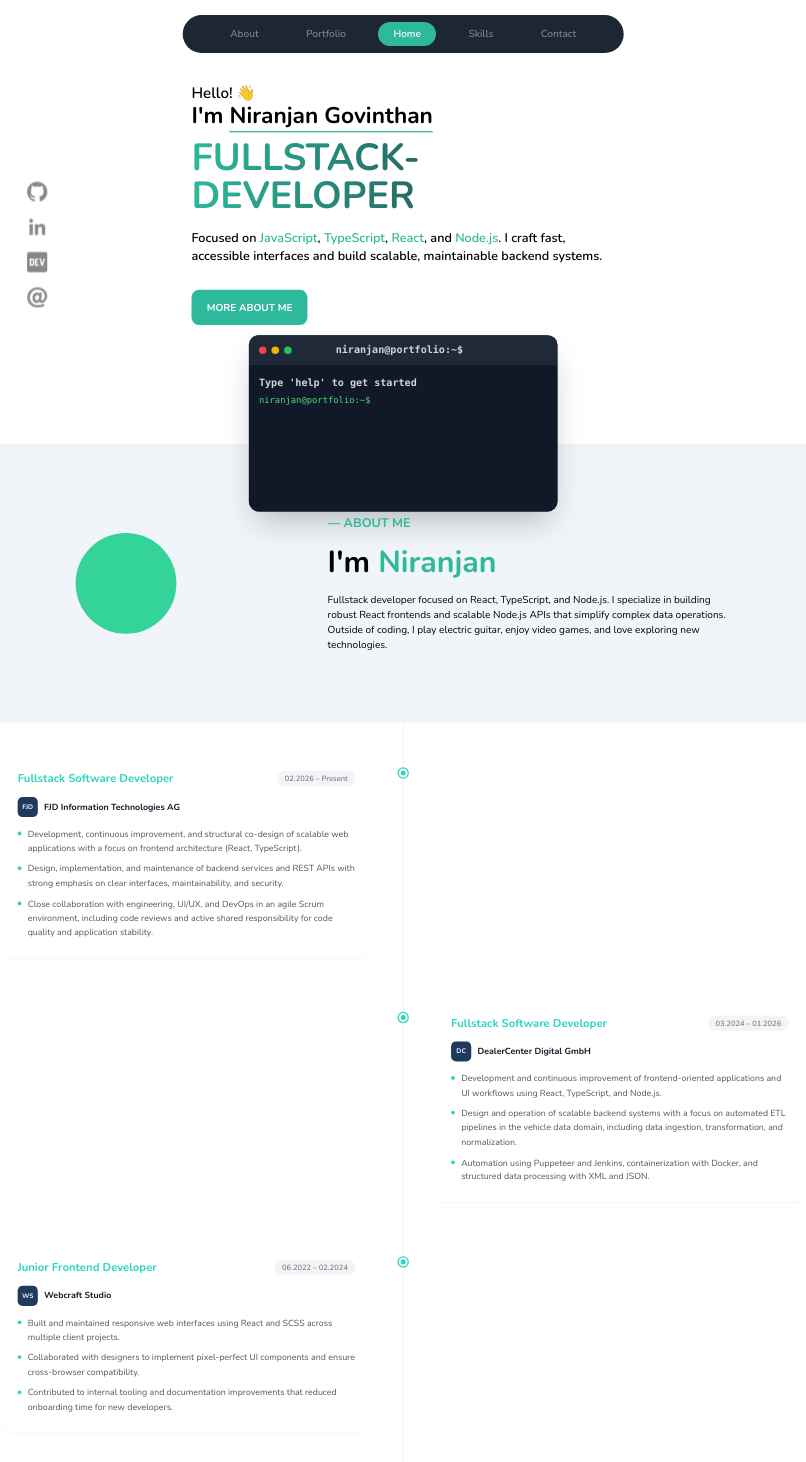
Repository: Niranjan-webdev/My-portfolio
Page: /
The author's editor kept a copy of each file at every save. The page is drawn from the files as they stood at one save, then again after a run of saves.
The browser window is 1280 px wide. The pictures show the whole page, at 63% of full size.
The project was rebuilt for these pictures with package versions that can differ from the ones it lists, and the page was loaded fresh each time. Also part of the build but not shown: next.config.mjs.

Above is the page before, as saved 2026-03-21 10:53:08.

### src/index.css

body {

  margin: 0;
  font-family: "Nunito", sans-serif;
  -webkit-font-smoothing: antialiased;
  -moz-osx-font-smoothing: grayscale;
}

code {
  font-family: source-code-pro, Menlo, Monaco, Consolas, 'Courier New',
    monospace;
}

### src/App.js
import logo from './logo.svg';
import './App.css';
import { RiHeartFill } from '@remixicon/react'
import { Topnavbar, MainContainer } from './components';
// import Topnavbar from './components/Topnavbar';

function App() {
  return (
   <>
    <Topnavbar/>
    <MainContainer/>
   </>
  );
}

export default App;

### src/App.css
@import url('https://fonts.googleapis.com/css2?family=Fira+Code:wght@300..700&family=Nunito:ital,wght@0,200..1000;1,200..1000&display=swap');

@tailwind base;
@tailwind components;
@tailwind utilities;


.topbar__wrapper{
    @apply w-full flex justify-center
}
.topbar__content{
    @apply  py-2 bg-[#1d2734] mt-6 px-6 py-[18px] rounded-[30px] w-[700px]
}
.topbar__content ul {
   @apply flex justify-evenly
}
.topbar__content ul li{

}
.topbar__content ul li a{
    @apply  font-semibold py-2 px-6 rounded-full
}
/* .topbar__content ul li a:hover{
    @apply  text-lg
} */
.socialmedia__bar a img{
    @apply opacity-50
}
/* .burgerMenu span{
    @apply
} */

### src/components/index.js
export {default as Topnavbar} from "./Topnavbar"
export {default as MainContainer} from "./MainContainer"
export {default as Terminal} from "./terminal"
export {default as Timeline} from "./timeLine"
export {default as TimelineCard} from "./TimelineCard"

export {default as github} from "../assets/github-logo-dark.png"
export {default as linkedIn} from "../assets/linkedin-logo-dark.png"
export {default as DevTo} from "../assets/devto-logo-light.png"
export {default as mail} from "../assets/mail-logo-dark.5ab6061889d3fa3a24ef.png"

### src/components/Topnavbar.js
import { useState } from 'react'
import React from 'react'
import logo from '../assets/logo.svg'

function Topnavbar() {
    const [activeTab, setActiveTab] = useState('Home')
    const [isMenuOpen, setIsMenuOpen] = useState(false)

    const navItems = ['About', 'Portfolio', 'Home', 'Skills', 'Contact']

    const handleTabClick = (tabName) => {
        setActiveTab(tabName)
        console.log('Active tab changed to:', tabName)
    }
    const handleModal = () => {
        setIsMenuOpen(!isMenuOpen)
    }
    return (
        <>
            <div className='topbar__wrapper'>
                <nav className='topbar__content'>
                    <ul className=''>
                        {navItems.map((item) => (
                            <li key={item}>
                                <a
                                    onClick={() => handleTabClick(item)}
                                    className={`cursor-pointer transition-colors duration-200 ${activeTab === item
                                            ? 'bg-[#2eb89c] text-white font-semibold px-4 py-2 rounded'
                                            : 'text-[#808080] hover:text-[#2eb89c] px-4 py-2'
                                        }`}
                                >
                                    {item}
                                </a>
                            </li>
                        ))}
                    </ul>
                </nav>
            </div>
           {/* <div className='responsive__topbar fixed bg-white z-50'>
                <button className='burgerMenu fixed right-10 top-10 flex flex-col gap-[3px]'
                onClick={handleModal}>
                    <span className={`px-[12px] py-[2px] bg-black w-full rounded transition-transform duration-300
                      ${  isMenuOpen? 'rotate-45 translate-y-1.5' : ''
                    }`}
                   ></span>
                    <span className={`px-[12px] py-[2px] bg-black w-full rounded
                         ${  isMenuOpen? 'opacity-0' : ''
                }`}></span>
                    <span className={`px-[12px] py-[2px] bg-black w-full rounded transition-transform duration-300
                      ${  isMenuOpen? '-rotate-45 -translate-y-1.5' : ''
                    }`}></span>
                </button>
                <ul className={`responsive__content h-screen w-screen flex flex-col items-center justify-evenly
                ${isMenuOpen ? 'h-screen opacity-100' : 'max-h-0 opacity-0'}`}>
                {navItems.map((item) => (
                            <li key={item}>
                                <a
                                    onClick={() => handleTabClick(item)}
                                    className={"text-2xl font-bold"}>
                                    {item}
                                </a>
                            </li>
                        ))}
                </ul>
            </div>  */}
        </>
    )
}

export default Topnavbar

### src/components/MainContainer.js
import React from 'react'
import hero from '../assets/hero.png'
import logoOutline from '../assets/logo-outline.svg'
import dotcircles from '../assets/dotcircles.svg'
import { Terminal, github, linkedIn, mail, DevTo } from "./index"
import TimeLine from './timeLine'
// import OwlCarousel from 'react-owl-carousel';
// import 'owl.carousel/dist/assets/owl.carousel.css';
// import 'owl.carousel/dist/assets/owl.theme.default.css';

function MainContainer() {
    return (
        <>
            {/* Hero Banner start */}
            <section className='w-full'>
                {/* Social media bar */}
                <div className='socialmedia__bar ml-[2.7rem] fixed top-[40%] flex md:flex-col flex-col gap-6 w-[32px]'>
                    <a><img src={github} /></a>
                    <a><img src={linkedIn} /></a>
                    <a><img src={DevTo} /></a>
                    <a><img src={mail} /></a>
                </div>
                {/* Social media bar */}
                <div className='hero__banner h-[calc(100vh-100px)] flex items-center justify-around px-[5rem] py-[3rem] md:flex flex-wrap gap-4'>
                    <div className='banner__content w-3/5'>
                        <h4 className='text-2xl font-semibold'>Hello! 👋</h4>
                        <h2 className='text-4xl mb-4 font-bold'>I'm <span className='border-b-2 border-[#2eb89c]'>Niranjan Govinthan</span></h2>
                        <h1 className='text-6xl mb-6 font-bold bg-gradient-to-r from-[#2eb89c] to-[#1d2734] text-transparent bg-clip-text'>FULLSTACK-DEVELOPER</h1>
                        <p className='text-xl mb-10 font-semibold'>Focused on <span className='text-[#2eb89c]'>JavaScript</span>, <span className='text-[#2eb89c]'>TypeScript</span>, <span className='text-[#2eb89c]'>React</span>, and <span className='text-[#2eb89c]'>Node.js</span>. I craft fast, accessible interfaces and build scalable, maintainable backend systems.</p>
                        <button className='py-4 px-6 bg-[#2eb89c] hover:bg-[#79cdb9] rounded-[12px] text-white text-base font-bold'>MORE ABOUT ME</button>
                    </div>
                    <Terminal />
                </div>
            </section>
            {/* Hero Banner end */}

            {/* About me */}
            <section className=' about__me flex bg-[#f1f5f9]'>
                <div className='about__container w-full py-[7rem] flex items-center justify-around'>
                    <div className='profile'>
                        <div className='p-20 rounded-full bg-emerald-400'></div>
                    </div>
                    <div className='about__content w-1/2'>
                        <h4 className='text-xl font-bold text-[#2eb89c] mb-6'>— ABOUT ME</h4>
                        <h2 className='text-5xl text-[#2eb89c] mb-6 font-bold'><span className='text-black'>I'm</span> Niranjan</h2>
                        <p>Fullstack developer focused on React, TypeScript, and Node.js. I specialize in building robust React frontends and scalable Node.js APIs that simplify complex data operations. Outside of coding, I play electric guitar, enjoy video games, and love exploring new technologies.</p>
                    </div>
                </div>

            </section>
            <TimeLine/>
            {/* About me */}
        </>
    )
}

export default MainContainer

### src/components/terminal.js
import React, { useState, useEffect, useRef } from 'react';

const Terminal = () => {
  const [input, setInput] = useState('');
  const [history, setHistory] = useState([
    { type: 'output', content: "Type 'help' to get started" }
  ]);
  const [currentPath, setCurrentPath] = useState('~');
  const [commandHistory, setCommandHistory] = useState([]);
  const [historyIndex, setHistoryIndex] = useState(-1);
  const inputRef = useRef(null);
  const terminalRef = useRef(null);

  // Sample file system structure
  const fileSystem = {
    '~': {
      type: 'directory',
      contents: {
        'projects': {
          type: 'directory',
          contents: {
            'portfolio': { type: 'directory', contents: {} },
            'blog': { type: 'directory', contents: {} },
            'README.md': { type: 'file', content: 'Welcome to my projects!' }
          }
        },
        'documents': {
          type: 'directory',
          contents: {
            'resume.pdf': { type: 'file', content: 'Resume file' },
            'notes.txt': { type: 'file', content: 'Personal notes' }
          }
        },
        'about.txt': { type: 'file', content: 'Full-stack developer passionate about creating amazing web experiences.' }
      }
    }
  };

  // Available commands
  const commands = {
    help: () => [
      'Available commands:',
      '  help     - Show this help message',
      '  clear    - Clear the terminal',
      '  ls       - List directory contents',
      '  cd       - Change directory',
      '  cat      - Display file contents',
      '  pwd      - Show current directory',
      '  whoami   - Display user information',
      '  date     - Show current date',
      '  echo     - Display text',
      '  about    - About me',
      '  skills   - My technical skills',
      '  contact  - Contact information'
    ],
    clear: () => {
      setHistory([]);
      return [];
    },
    ls: () => {
      const currentDir = getCurrentDirectory();
      if (currentDir && currentDir.contents) {
        return Object.keys(currentDir.contents).map(item => {
          const itemObj = currentDir.contents[item];
          return itemObj.type === 'directory' ? `📁 ${item}/` : `📄 ${item}`;
        });
      }
      return ['Directory not found'];
    },
    pwd: () => [currentPath],
    whoami: () => ['niranjan-dev'],
    date: () => [new Date().toString()],
    about: () => [
      'Hi! I\'m Niranjan, a Full-stack Developer',
      'Focused on JavaScript, Svelte, React, and Node.js',
      'I craft fast, accessible interfaces and build scalable,',
      'maintainable backend systems.',
      '',
      'Currently exploring new technologies and building',
      'innovative web solutions.'
    ],
    skills: () => [
      'Technical Skills:',
      '• Frontend: Svelte, React, TypeScript, JavaScript, HTML5, CSS3',
      '• Backend: Node.js, Express',
      '• Database: MongoDB',
      '• Tools: Git, Linux',
    ],
    contact: () => [
      'Get in touch:',
      '• Email: niranjan.g2k@gmail.com',
      '• GitHub: github.com/niranjanUidev',
      '• LinkedIn: linkedin.com/in/niranjan-dev',
      '• Website: niranjan-dev.de'
    ]
  };

  const getCurrentDirectory = () => {
    const pathParts = currentPath.split('/').filter(part => part !== '');
    let current = fileSystem['~'];

    for (const part of pathParts) {
      if (part === '~') continue;
      if (current.contents && current.contents[part]) {
        current = current.contents[part];
      } else {
        return null;
      }
    }
    return current;
  };

  const processCommand = (cmd) => {
    const trimmedCmd = cmd.trim();
    if (!trimmedCmd) return;

    const [command, ...args] = trimmedCmd.split(' ');

    // Add to command history
    setCommandHistory(prev => [...prev, trimmedCmd]);
    setHistoryIndex(-1);

    // Add command to history display
    setHistory(prev => [...prev, { type: 'command', content: `> ${trimmedCmd}` }]);

    if (commands[command]) {
      const result = commands[command](args);
      if (result.length > 0) {
        setHistory(prev => [...prev, { type: 'output', content: result }]);
      }
    } else if (command === 'echo') {
      setHistory(prev => [...prev, { type: 'output', content: [args.join(' ')] }]);
    } else if (command === 'cat') {
      const filename = args[0];
      const currentDir = getCurrentDirectory();
      if (currentDir && currentDir.contents && currentDir.contents[filename]) {
        const file = currentDir.contents[filename];
        if (file.type === 'file') {
          setHistory(prev => [...prev, { type: 'output', content: [file.content] }]);
        } else {
          setHistory(prev => [...prev, { type: 'output', content: [`cat: ${filename}: Is a directory`] }]);
        }
      } else {
        setHistory(prev => [...prev, { type: 'output', content: [`cat: ${filename}: No such file or directory`] }]);
      }
    } else if (command === 'cd') {
      const dir = args[0] || '~';
      if (dir === '~') {
        setCurrentPath('~');
      } else if (dir === '..') {
        const pathParts = currentPath.split('/').filter(part => part !== '');
        pathParts.pop();
        setCurrentPath(pathParts.length > 0 ? pathParts.join('/') : '~');
      } else {
        const currentDir = getCurrentDirectory();
        if (currentDir && currentDir.contents && currentDir.contents[dir] && currentDir.contents[dir].type === 'directory') {
          setCurrentPath(currentPath === '~' ? dir : `${currentPath}/${dir}`);
        } else {
          setHistory(prev => [...prev, { type: 'output', content: [`cd: ${dir}: No such file or directory`] }]);
        }
      }
    } else {
      setHistory(prev => [...prev, { type: 'output', content: [`Command not found: ${command}. Type 'help' for available commands.`] }]);
    }
  };

  const handleKeyDown = (e) => {
    if (e.key === 'Enter') {
      e.preventDefault();
      processCommand(input);
      setInput('');
    } else if (e.key === 'ArrowUp') {
      e.preventDefault();
      if (commandHistory.length > 0) {
        const newIndex = historyIndex === -1 ? commandHistory.length - 1 : Math.max(0, historyIndex - 1);
        setHistoryIndex(newIndex);
        setInput(commandHistory[newIndex]);
      }
    } else if (e.key === 'ArrowDown') {
      e.preventDefault();
      if (historyIndex !== -1) {
        const newIndex = historyIndex + 1;
        if (newIndex >= commandHistory.length) {
          setHistoryIndex(-1);
          setInput('');
        } else {
          setHistoryIndex(newIndex);
          setInput(commandHistory[newIndex]);
        }
      }
    }
  };

  const handleTerminalClick = () => {
    inputRef.current?.focus();
  };

  useEffect(() => {
    if (terminalRef.current) {
      terminalRef.current.scrollTop = terminalRef.current.scrollHeight;
    }
  }, [history]);

  useEffect(() => {
    inputRef.current?.focus();
  }, []);

  return (
    <div className="w-full max-w-[490px] max-h-[280px] bg-gray-900 rounded-[16px] shadow-2xl overflow-hidden">
      {/* Terminal Header */}
      <div className="bg-gray-800 px-4 py-3 flex items-center justify-between">
        <div className="flex items-center space-x-2">
          <div className="w-3 h-3 bg-red-500 rounded-full"></div>
          <div className="w-3 h-3 bg-yellow-500 rounded-full"></div>
          <div className="w-3 h-3 bg-green-500 rounded-full"></div>
        </div>
        <div className="text-gray-300 text-base font-bold font-mono">
          niranjan@portfolio:~$
        </div>
        <div className="w-16"></div>
      </div>

      {/* Terminal Content */}
      <div
        ref={terminalRef}
        className="bg-gray-900 text-green-400 font-mono text-sm p-4 h-96 cursor-text overflow-y-auto"
        onClick={handleTerminalClick}
      >
        {history.map((item, index) => (
          <div key={index} className="mb-1">
            {item.type === 'command' ? (
              <div className="text-green-500 text-base font-bold">{item.content}</div>
            ) : (
              <div className="text-gray-300 text-base font-bold">
                {Array.isArray(item.content) ? (
                  item.content.map((line, lineIndex) => (
                    <div key={lineIndex}>{line}</div>
                  ))
                ) : (
                  <div>{item.content}</div>
                )}
              </div>
            )}
          </div>
        ))}

        {/* Input Line */}
        <div className="flex items-center">
          <span className="text-green-400 mr-2">
            niranjan@portfolio:{currentPath}$
          </span>
          <input
            ref={inputRef}
            type="text"
            value={input}
            onChange={(e) => setInput(e.target.value)}
            onKeyDown={handleKeyDown}
            className="flex-1 bg-transparent text-green-400 outline-none font-mono"
            autoComplete="off"
            spellCheck="false"
          />
          {/* <span className="text-green-400 animate-pulse">█</span> */}
        </div>
      </div>
    </div>
  );
};

export default Terminal;

### src/components/timeLine.js
import React from 'react';
import TimelineCard from './TimelineCard';

const timelineData = [
  {
    date: '02.2026 – Present',
    title: 'Fullstack Software Developer',
    company: 'FJD Information Technologies AG',
    companyInitials: 'FJD',
    bullets: [
      'Development, continuous improvement, and structural co-design of scalable web applications with a focus on frontend architecture (React, TypeScript).',
      'Design, implementation, and maintenance of backend services and REST APIs with strong emphasis on clear interfaces, maintainability, and security.',
      'Close collaboration with engineering, UI/UX, and DevOps in an agile Scrum environment, including code reviews and active shared responsibility for code quality and application stability.',
    ],
    side: 'left',
  },
  {
    date: '03.2024 – 01.2026',
    title: 'Fullstack Software Developer',
    company: 'DealerCenter Digital GmbH',
    companyInitials: 'DC',
    bullets: [
      'Development and continuous improvement of frontend-oriented applications and UI workflows using React, TypeScript, and Node.js.',
      'Design and operation of scalable backend systems with a focus on automated ETL pipelines in the vehicle data domain, including data ingestion, transformation, and normalization.',
      'Automation using Puppeteer and Jenkins, containerization with Docker, and structured data processing with XML and JSON.',
    ],
    side: 'right',
  },
  {
    date: '06.2022 – 02.2024',
    title: 'Junior Frontend Developer',
    company: 'Webcraft Studio',
    companyInitials: 'WS',
    bullets: [
      'Built and maintained responsive web interfaces using React and SCSS across multiple client projects.',
      'Collaborated with designers to implement pixel-perfect UI components and ensure cross-browser compatibility.',
      'Contributed to internal tooling and documentation improvements that reduced onboarding time for new developers.',
    ],
    side: 'left',
  },
];

function TimeLine() {
  return (
    <div className="relative w-full py-12">
      {/* Central vertical line */}
      <div className="absolute left-1/2 top-0 bottom-0 w-px bg-gray-200 -translate-x-1/2" />

      <div className="flex flex-col gap-16 relative">
        {timelineData.map((item, i) => (
          <TimelineCard key={i} item={item} />
        ))}
      </div>
    </div>
  );
}

export default TimeLine;

### src/components/TimelineCard.js
import React from 'react';

function TimelineCard({ item }) {
    const isLeft = item.side === 'left';

    const Card = (
      <div className="bg-white rounded-2xl p-7 shadow-sm hover:shadow-md transition-shadow duration-200">
        {/* Header: title + date badge */}
        <div className="flex items-start justify-between gap-3 flex-wrap mb-4">
          <h3 className="text-[#2dd4bf] font-bold text-lg leading-snug m-0">
            {item.title}
          </h3>
          <span className="bg-gray-100 text-gray-500 text-xs font-medium px-3 py-1 rounded-full whitespace-nowrap shrink-0">
            {item.date}
          </span>
        </div>

        {/* Company */}
        <div className="flex items-center gap-2.5 mb-4">
          <div className="w-8 h-8 rounded-lg bg-[#1e3a5f] text-white text-[0.65rem] font-bold flex items-center justify-center tracking-wide shrink-0">
            {item.companyInitials}
          </div>
          <span className="text-sm font-bold text-gray-900">{item.company}</span>
        </div>

        {/* Bullets */}
        <ul className="flex flex-col gap-2.5 p-0 m-0 list-none">
          {item.bullets.map((b, i) => (
            <li key={i} className="flex gap-2.5 text-sm text-gray-600 leading-relaxed">
              <span className="w-1.5 h-1.5 rounded-full bg-[#2dd4bf] shrink-0 mt-[7px]" />
              <span>{b}</span>
            </li>
          ))}
        </ul>
      </div>
    );

    return (
      <div className="grid grid-cols-[1fr_48px_1fr] items-start relative">
        {isLeft ? (
          <>
            <div className="pr-6">{Card}</div>
            <div className="flex justify-center pt-6 z-10">
              <div className="w-3.5 h-3.5 rounded-full bg-[#2dd4bf] border-[3px] border-white ring-2 ring-[#2dd4bf] shrink-0" />
            </div>
            <div />
          </>
        ) : (
          <>
            <div />
            <div className="flex justify-center pt-6 z-10">
              <div className="w-3.5 h-3.5 rounded-full bg-[#2dd4bf] border-[3px] border-white ring-2 ring-[#2dd4bf] shrink-0" />
            </div>
            <div className="pl-6">{Card}</div>
          </>
        )}
      </div>
    );
  }

  export default TimelineCard;

### tailwind.config.js
/** @type {import('tailwindcss').Config} */
module.exports = {
  content: [
    "./src/**/*.{js,jsx,ts,tsx}",
  ],
  theme: {
    container: {
      margin: "3rem",
    },
    extend: {},
  },
  plugins: [],
}

Loaded but not shown: public/index.html (common file); src/index.js (common file); src/reportWebVitals.js (common file)

After the next 2 saves:
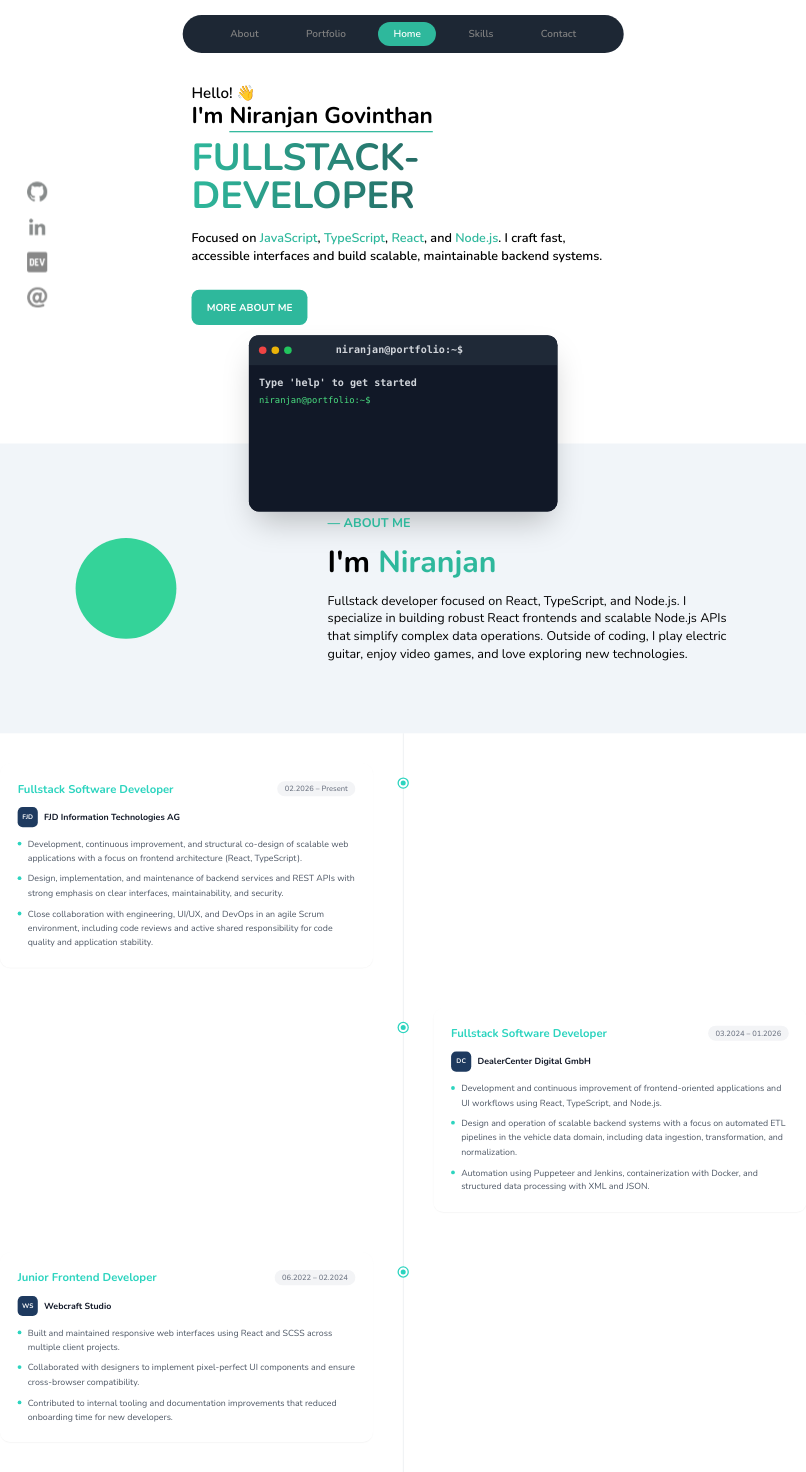
The 2 saves are shown as one change because they came seconds apart.
The last was saved 71 s later.
--- a/src/components/MainContainer.js
+++ b/src/components/MainContainer.js
@@ -43,7 +43,7 @@ function MainContainer() {
                     <div className='about__content w-1/2'>
                         <h4 className='text-xl font-bold text-[#2eb89c] mb-6'>— ABOUT ME</h4>
                         <h2 className='text-5xl text-[#2eb89c] mb-6 font-bold'><span className='text-black'>I'm</span> Niranjan</h2>
-                        <p>Fullstack developer focused on React, TypeScript, and Node.js. I specialize in building robust React frontends and scalable Node.js APIs that simplify complex data operations. Outside of coding, I play electric guitar, enjoy video games, and love exploring new technologies.</p>
+                        <p className='text-xl'>Fullstack developer focused on React, TypeScript, and Node.js. I specialize in building robust React frontends and scalable Node.js APIs that simplify complex data operations. Outside of coding, I play electric guitar, enjoy video games, and love exploring new technologies.</p>
                     </div>
                 </div>
 
